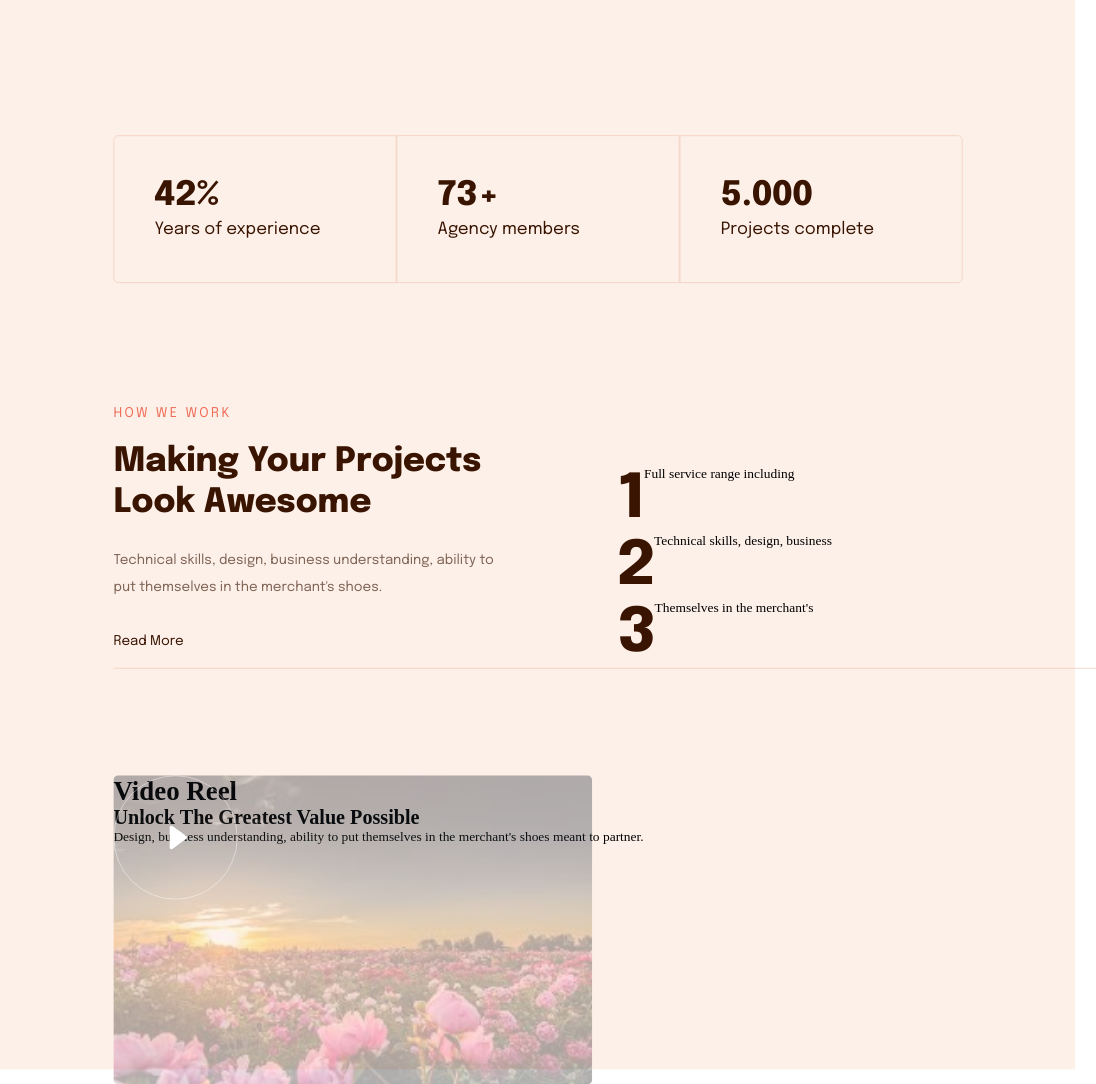
Repository: AytacJafarova/task2
Page: index.html
An editor plug-in stored every save of this project. The page is shown before and after a run of saves, followed by the edit.
The browser window is 1280 px wide. The page is 1305 px wide, so the pictures cover 1305 px, including what lies to the right of the window. The pictures show the whole page, at 84% of full size.

Above is the page before, as saved 2023-08-01 14:19:54.

After the next 2 saves:
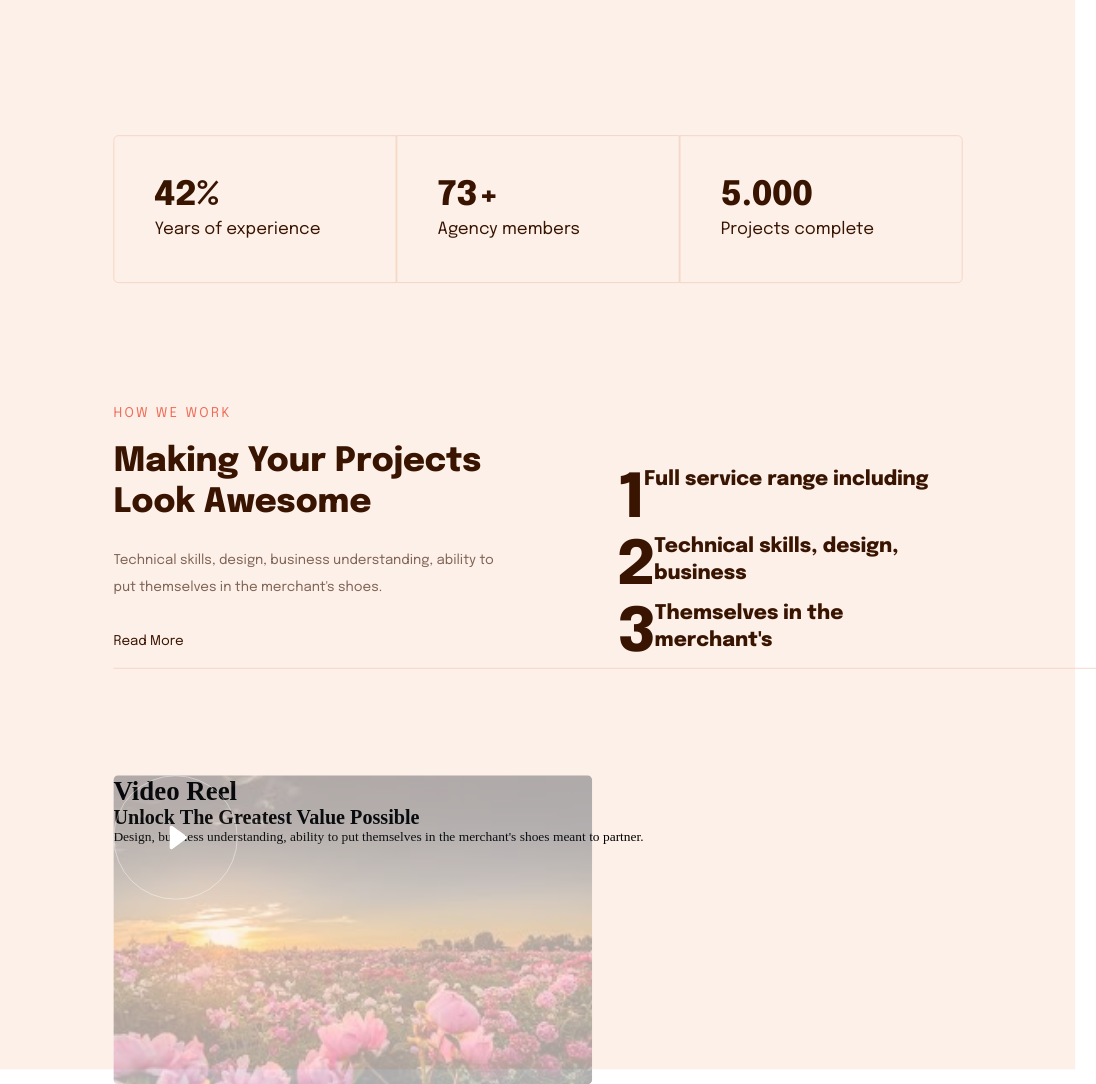
The 2 saves are shown as one change because they came seconds apart.
The last was saved 9 s later.
--- a/index.css
+++ b/index.css
@@ -118,7 +118,13 @@ text-decoration: none;
     letter-spacing: -2px;
 }
 .box2 ul li p {
-
+    color: var(--text-dark, #391400);
+font-feature-settings: 'clig' off, 'liga' off;
+font-family: Epilogue;
+font-size: 24px;
+font-style: normal;
+font-weight: 700;
+line-height: 32px; /* 133.333% */
 }
 .border {
     width: 1170px;
